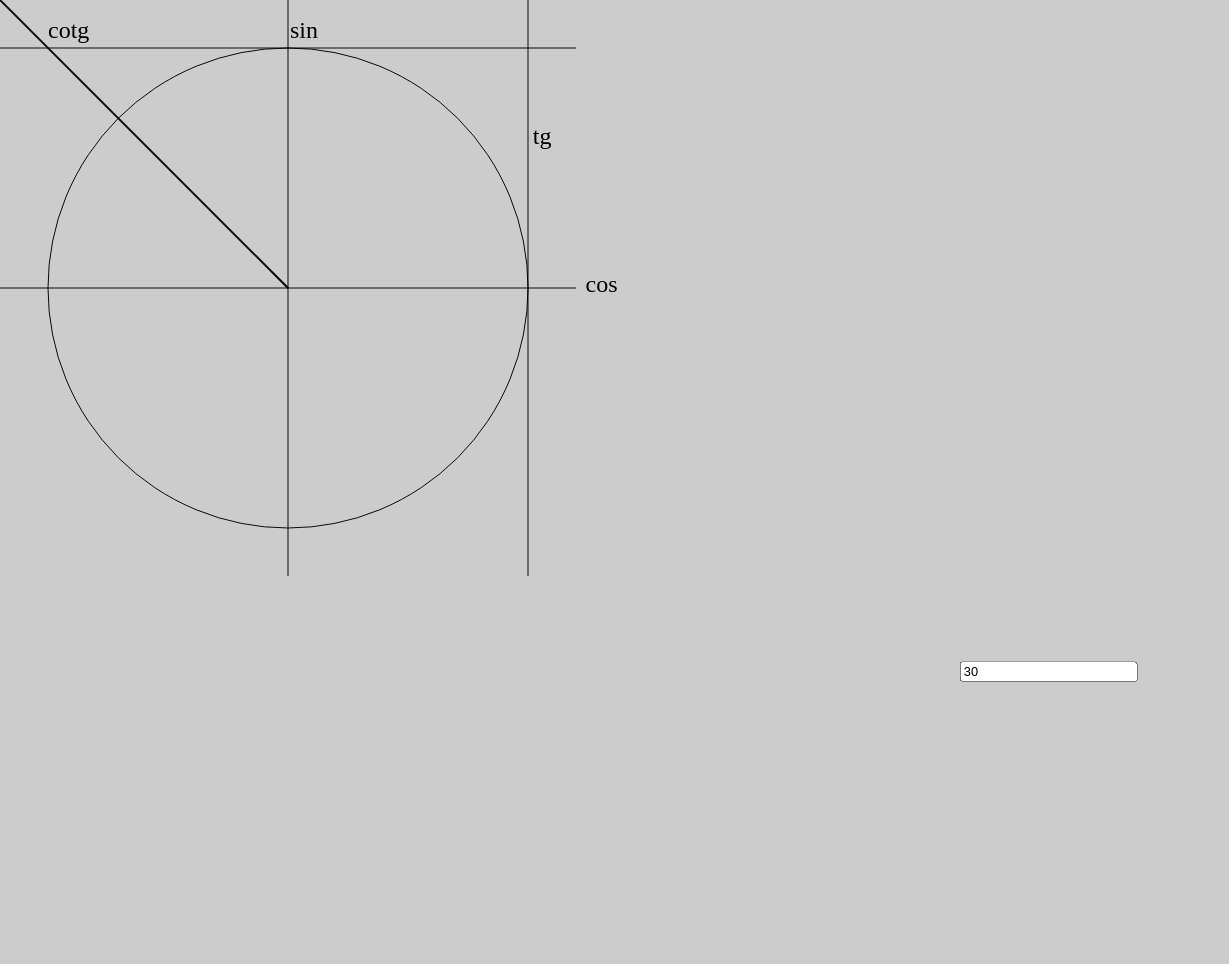
Repository: BraynStorm/braynstorm.github.io
Page: http://localhost/
These files come from the project's save history. The page is drawn as it stood at one moment and after the next save; the edit follows.
The browser window is 1280 px wide. The pictures show the whole page, at 96% of full size.
The page is run by PHP 8.4 with error messages shown; the project is at /var/www/html/.

Above is the page before, as saved 2015-02-24 16:14:52.
Console error: SyntaxError: Unexpected token '}'

After the next save:
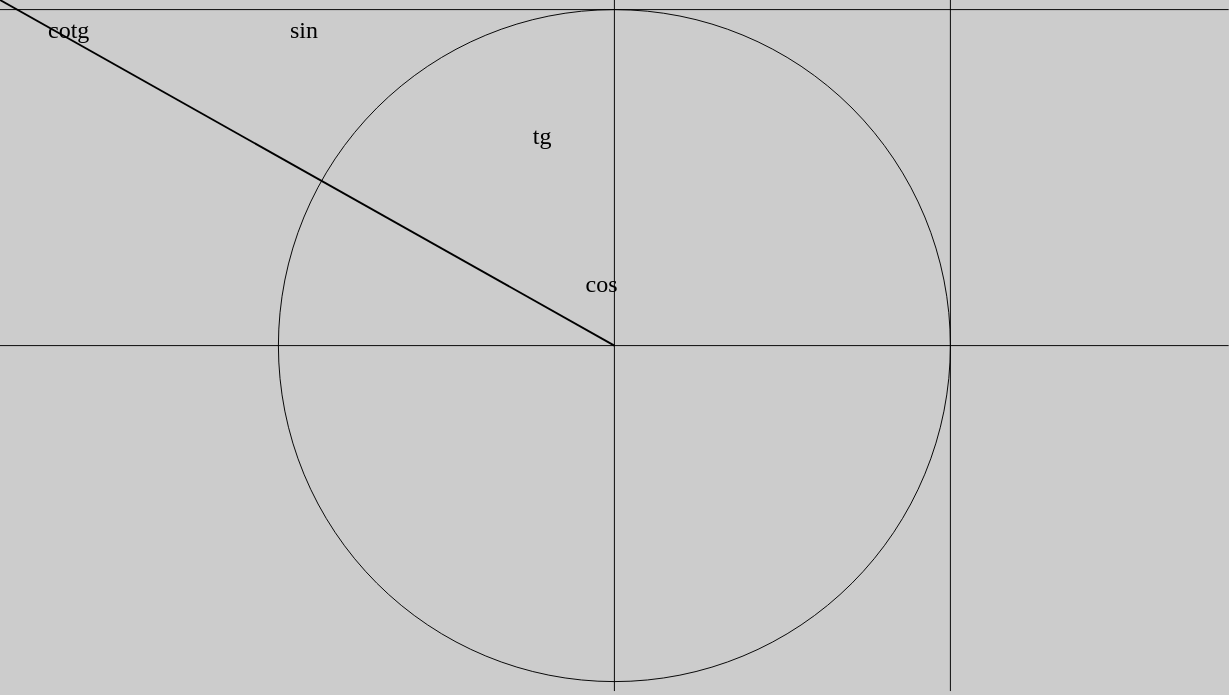
The error is gone.
Saved 6 s later.
--- a/JSDrawing/js/swgDrawing.js
+++ b/JSDrawing/js/swgDrawing.js
@@ -75,7 +75,6 @@ $(document).ready(function (){
 			x2: beginX + (Math.cos(radians) * radius),
 			y2: beginY - (Math.sin(radians) * radius)
 		},500);
-		});
 	});
 
 
